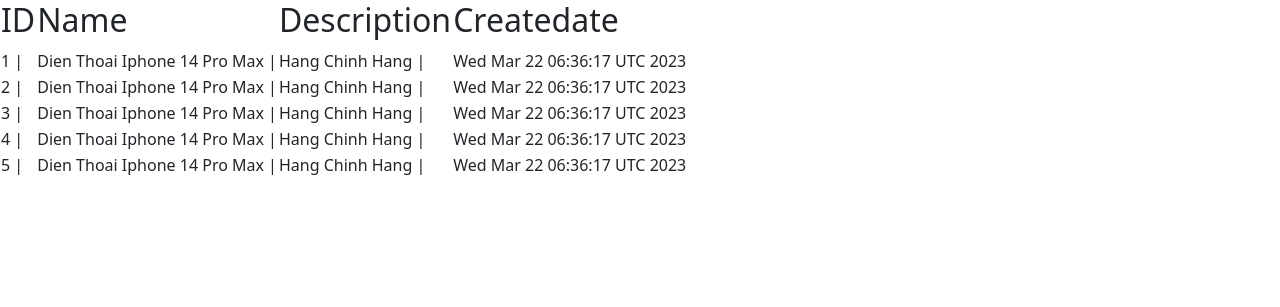
Repository: saiyagodvp/_java4
Page: http://localhost/slide4/product
An editor plug-in stored every save of this project. The page is shown before and after the next save, followed by the edit.
The browser window is 1280 px wide. The pictures show the whole page.
The page is served by Tomcat 9.

Above is the page before, as saved 2023-03-24 10:57:51.

After the next save:
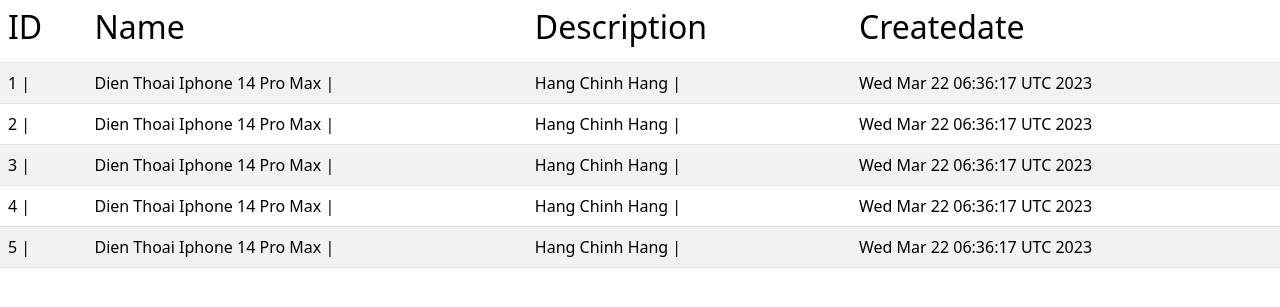
Saved 20 s later.
--- a/slide4/src/main/webapp/product/list.jsp
+++ b/slide4/src/main/webapp/product/list.jsp
@@ -39,7 +39,7 @@
 
 	<!-- &nbsp -->
 
-	<table>
+	<table class="table table-hover  table-striped ">
 		<thead>
 			<td><h2>ID</h2></td>
 			<td><h2>Name</h2></td>
